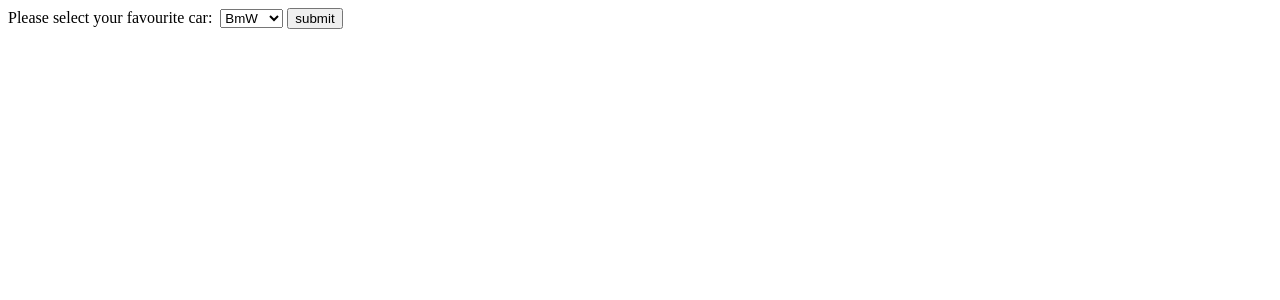
Repository: swapnillimgude/JavaTraining_Brainvire
Page: Jsp_servlet_Mod3/eclipse-workspace-jsp/jsp_Cookies/src/main/webapp/cookies-html-form.html
The author's editor kept a copy of each file at every save. The page is drawn from the files as they stood at one save, then again after the next save.
The browser window is 1280 px wide. The pictures show the whole page.

Above is the page before, as saved 2023-09-20 10:49:35.

### Jsp_servlet_Mod3/eclipse-workspace-jsp/jsp_Cookies/src/main/webapp/cookies-html-form.html
<!DOCTYPE html>
<html>
<head>
<meta charset="UTF-8">
<title>Insert title here</title>
</head>
<body>
<form
<h2>Please select your favourite car:</h2>&nbsp;
<select name="Favourite car">
	<option>BmW</option>
	<option>Audi</option>
	<option>Merci</option>
	<option>Suzuki</option>

</select>
<input type="submit" value="submit">

</body>
</html>

After the next save:
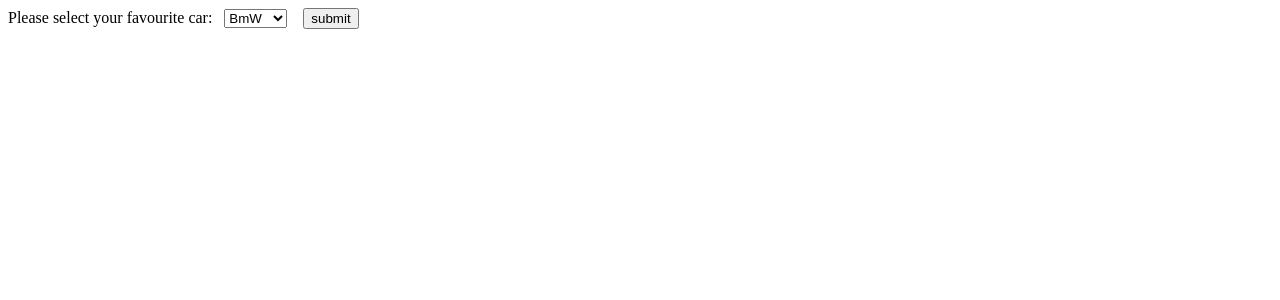
Saved 29 s later.
--- a/Jsp_servlet_Mod3/eclipse-workspace-jsp/jsp_Cookies/src/main/webapp/cookies-html-form.html
+++ b/Jsp_servlet_Mod3/eclipse-workspace-jsp/jsp_Cookies/src/main/webapp/cookies-html-form.html
@@ -6,7 +6,7 @@
 </head>
 <body>
 <form
-<h2>Please select your favourite car:</h2>&nbsp;
+<h2>Please select your favourite car:</h2>&nbsp;&nbsp;
 <select name="Favourite car">
 	<option>BmW</option>
 	<option>Audi</option>
@@ -14,6 +14,7 @@
 	<option>Suzuki</option>
 
 </select>
+&nbsp;&nbsp;
 <input type="submit" value="submit">
 
 </body>
